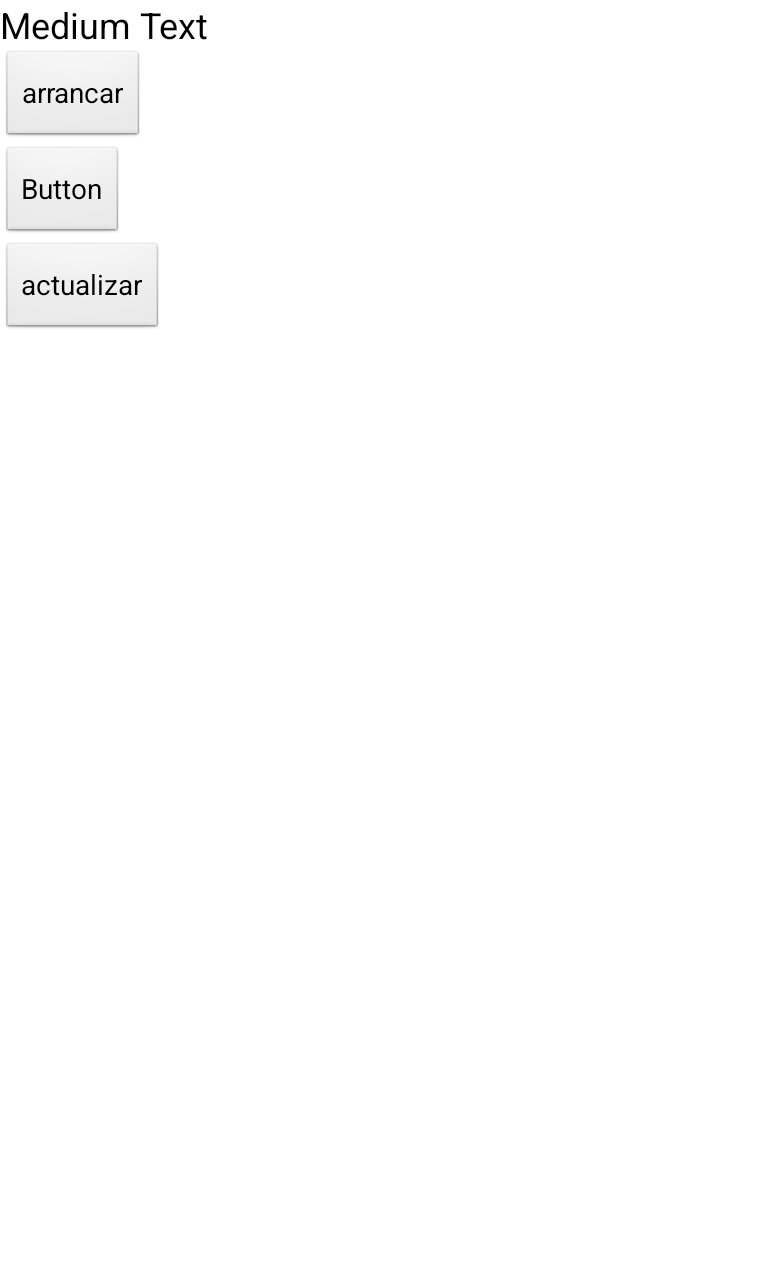
Repository: jonatansantos/Android-Server-Status
Layout: desarrollo/LocalizadorGPS/res/layout/main.xml
These files come from the project's save history. The layout is drawn as it stood at one moment and after the next save; the edit follows.
It is drawn on a 768 x 1280 px phone screen (xhdpi) without system bars, with theme android:Theme.Light.NoTitleBar; the app's code is not run.

Above is the layout before, as saved 2012-05-13 16:40:03.

After the next save:
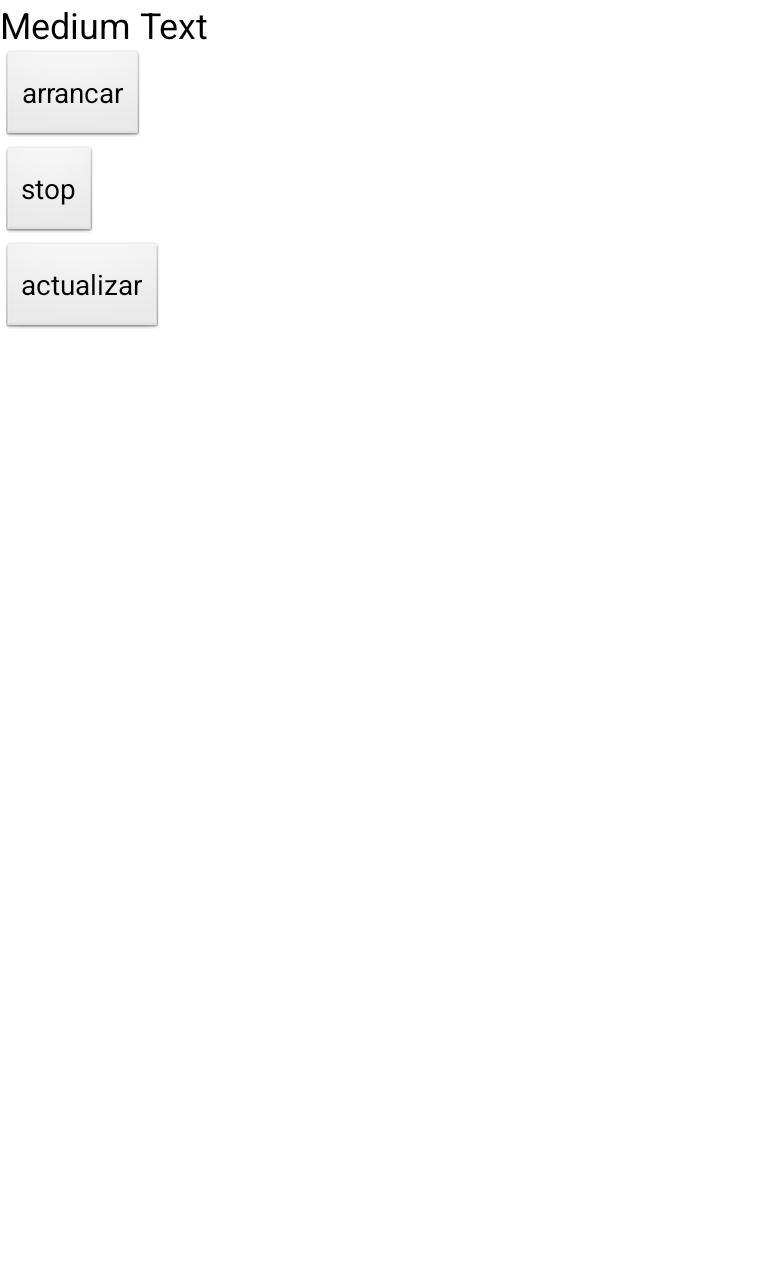
Saved 8 s later.
--- a/desarrollo/LocalizadorGPS/res/layout/main.xml
+++ b/desarrollo/LocalizadorGPS/res/layout/main.xml
@@ -21,7 +21,7 @@
         android:id="@+id/button3"
         android:layout_width="wrap_content"
         android:layout_height="wrap_content"
-        android:text="Button" />
+        android:text="stop" />
 
     <Button
         android:id="@+id/button2"
